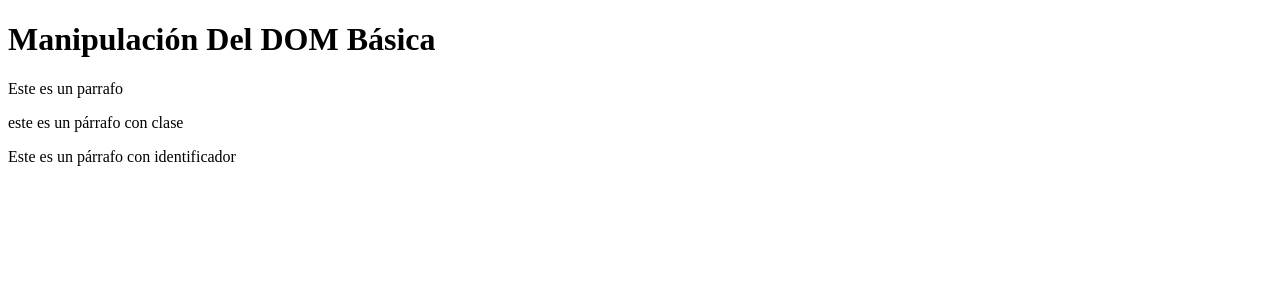
Repository: elto82/NuevoCursoPr-cticodeJavaScript
Page: index.html
These files come from the project's save history. The page is drawn as it stood at one moment and after the next save; the edit follows.
The browser window is 1280 px wide. The pictures show the whole page.

Above is the page before, as saved 2022-09-08 23:49:06.

After the next save:
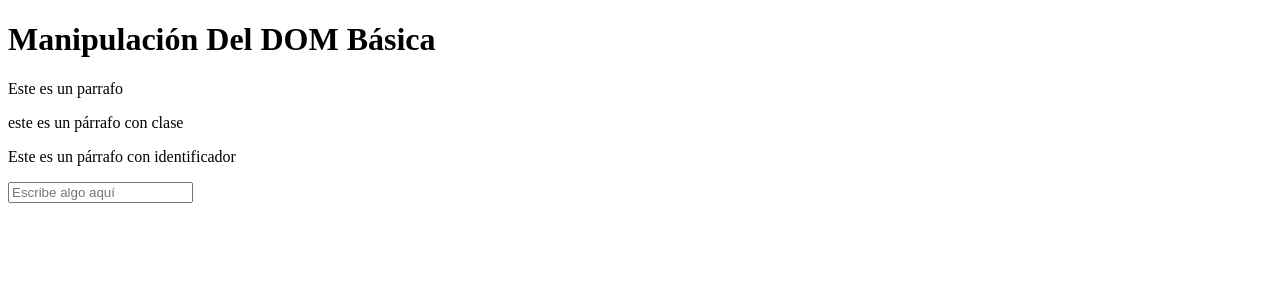
Saved 43 s later.
--- a/index.html
+++ b/index.html
@@ -13,6 +13,8 @@
   <p class="parrafo">este es un párrafo con clase</p>
   <p id="pid">Este es un párrafo con identificador</p>
 
+  <input placeholder="Escribe algo aquí" type="text" name="" id="">
+
   <script src="./main.js"></script>
 </body>
 </html>
